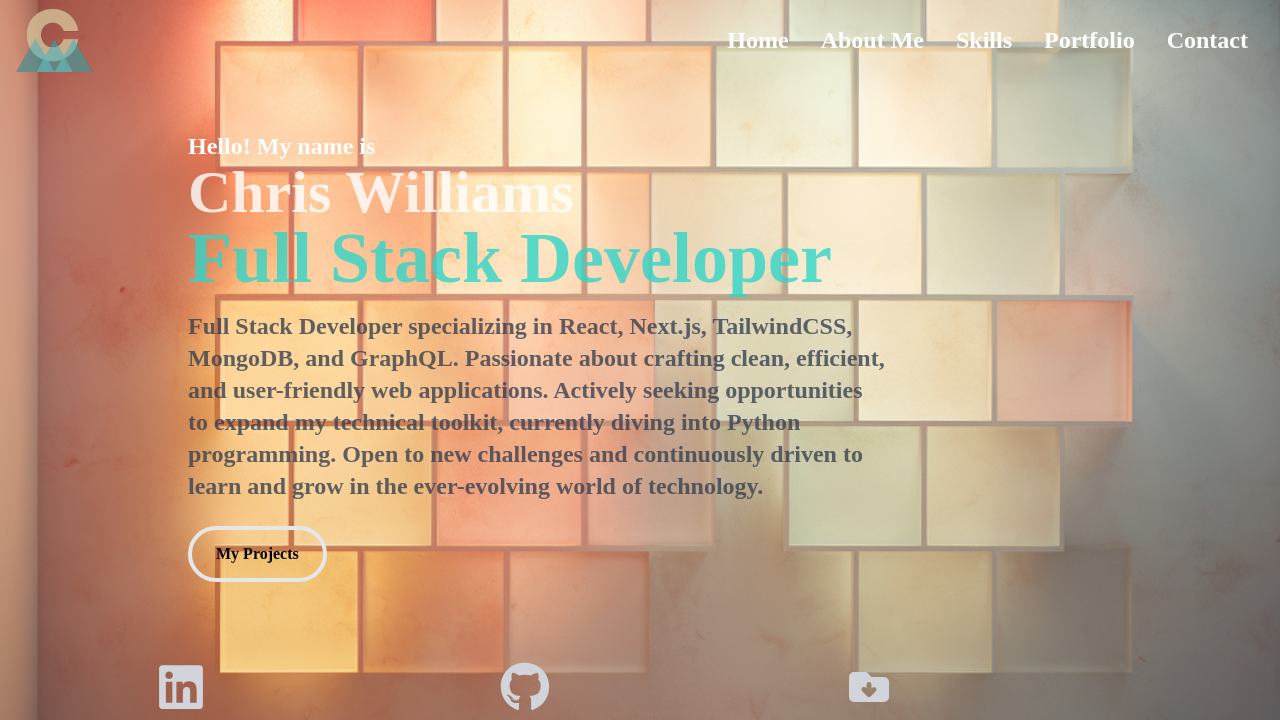
Repository: ChrisT303/portfolio-react
Page: /
The author's editor kept a copy of each file at every save. The page is drawn from the files as they stood at one save, then again after the next save.
The browser window is 1280 px wide. The pictures show the whole page.
The project was rebuilt for these pictures with package versions that can differ from the ones it lists, and the page was loaded fresh each time. Also part of the build but not shown: src/components/AboutMe.js, src/data/LogoData.js, src/components/Experience.js, src/components/Modal.js, src/components/Contact.js, src/data/ProjectData.js, src/components/Work.js.

Above is the page before, as saved 2023-09-28 16:19:26.

### src/index.css
@tailwind base;
@tailwind components;
@tailwind utilities;

@import url("https://fonts.googleapis.com/css2?family=Raleway:wght@300;400;500;600;700;800;900&display=swap");

@layer base {
  body {
    @apply font-[Raleway];
  }
  li {
    @apply px-4;
    @apply cursor-pointer;
  }
}

.nav-hover {
  @apply hover:animate-pulse hover:text-[#30D5C8];
}

.text-main {
  @apply text-[#212020];
}

.peach {
  @apply text-[#212020] text-opacity-80;
}

.bdr {
  @apply border-[#30D5C8];
}

.form-bg {
  @apply bg-[#ccd6f6];
}

.hero-btn {
  @apply text-black font-bold border-4 rounded-full px-6 py-3 my-2 flex items-center hover:animate-pulse duration-100 hover:bg-[#30D5C8] hover:border-[#3e7a7a] hover:font-black;
}

.con-btn {
  @apply text-main border-2 hover:bg-[#30D5C8] hover:border-[#3e7a7a] hover:font-bold px-4 py-3 my-8 mx-auto flex items-center;
}
.modal-btn {
  @apply text-black border-4 rounded-lg hover:bg-[#30D5C8] hover:border-[#3e7a7a] hover:font-bold px-3 py-2 my-8 mx-auto flex justify-between items-center;
}

@media (min-width: 768px) {
  .hovereffect {
    width: 100%;
    height: 400px;
    float: left;
    overflow: hidden;
    position: relative;
    text-align: center;
    cursor: default;
  }

  .hovereffect .overlay {
    width: 100%;
    height: 100%;
    position: absolute;
    overflow: hidden;
    left: 0;
    background-color: rgba(255, 255, 255, 0.7);
    top: -200px;
    opacity: 0;
    filter: alpha(opacity=0);
    -webkit-transition: all 0.1s ease-out 0.5s;
    transition: all 0.1s ease-out 0.5s;
    display: flex;
    flex-direction: column;
    justify-content: center;
    align-items: center;
    gap: 20px;

  }

  .hovereffect:hover .overlay {
    opacity: 1;
    filter: alpha(opacity=100);
    top: 0px;
    -webkit-transition-delay: 0s;
    transition-delay: 0s;
  }

  .hovereffect img {
    display: block;
    position: relative;
  }

  .hovereffect h2 {
    text-transform: uppercase;
    color: #feb8c5;
    text-align: center;
    position: relative;
    font-size: 17px;
    padding: 10px;
    background: rgba(0, 0, 0, 0.6);
    -webkit-transform: translateY(-200px);
    -ms-transform: translateY(-200px);
    transform: translateY(-200px);
    -webkit-transition: all ease-in-out 0.1s;
    transition: all ease-in-out 0.1s;
    -webkit-transition-delay: 0.3s;
    transition-delay: 0.3s;
  }

  .hovereffect:hover h2 {
    -webkit-transform: translateY(0px);
    -ms-transform: translateY(0px);
    transform: translateY(0px);
    -webkit-transition-delay: 0.3s;
    transition-delay: 0.3s;
  }

  .hovereffect a.info {
    display: inline-block;
    text-decoration: none;
    padding: 7px 14px;
    text-transform: uppercase;
    margin: 50px 20px 0 0;
    background-color: transparent;
    -webkit-transform: translateY(-200px);
    -ms-transform: translateY(-200px);
    transform: translateY(-200px);
    color: #000;
    border: 1px solid #000;
    -webkit-transition: all ease-in-out 0.3s;
    transition: all ease-in-out 0.3s;
  }

  .hovereffect a.info:hover {
    box-shadow: 0 0 5px #fff;
  }

  .hovereffect:hover a.info {
    -webkit-transform: translateY(0px);
    -ms-transform: translateY(0px);
    transform: translateY(0px);
    box-shadow: 0 0 5px #000;
    color: #000;
    border: 1px solid #000;
    -webkit-transition-delay: 0.3s;
    transition-delay: 0.3s;
  }
}

a.info:hover {
  color: #6cc644;
}

.bounce {
  display: inline-block;
  position: relative;
  -moz-animation: bounce 0.5s infinite linear;
  -o-animation: bounce 0.5s infinite linear;
  -webkit-animation: bounce 0.5s infinite linear;
  animation: bounce 0.5s infinite linear;
}

.backdrop {
  position: fixed;
  top: 0;
  left: 0;
  width: 100%;
  height: 100vh;
  z-index: 10;
  background: rgba(0, 0, 0, 0.75);
}

.modalPos {
  position: fixed;
  top: 30vh;
  left: 10%;
  width: 80%;
  z-index: 100;
  overflow: hidden;
}

.header {
  background: #31708e;
  padding: 1rem;
}

.header h2 {
  margin: 0;
  color: white;
  font-weight: bold;
}

.content {
  display: flex;
  justify-content: space-between;
  padding: 1rem;
  background: white;
}

.actions {
  padding: 1rem;
  display: flex;
  justify-content: flex-end;
}

.project-image {
  width: 100%;
  height: 400px;
  object-fit: cover;
}

.button-container {
  display: flex;
  justify-content: center;
  gap: 20px;
  margin-top: 20px;
}

.tech-container {
  display: flex;
  justify-content: center;
  gap: 5px;
  flex-wrap: wrap;
}

.tooltip {
  visibility: hidden;
  background-color: #555;
  color: #fff;
  text-align: center;
  padding: 5px 10px;
  border-radius: 6px;
  position: absolute;
  z-index: 1;
  bottom: 100%;
  left: 50%;
  margin-left: -60px;
  opacity: 0;
  transition: opacity 0.3s;
}

.tooltip::after {
  content: "";
  position: absolute;
  top: 100%;
  left: 50%;
  margin-left: -5px;
  border-width: 5px;
  border-style: solid;
  border-color: #555 transparent transparent transparent;
}

.container:hover .tooltip {
  visibility: visible;
  opacity: 1;
}



@media (min-width: 768px) {
  .modalPos {
    left: calc(50% - 20rem);
    width: 40rem;
  }
}

### src/App.js

import Navigation from "./components/Navigation";
import Hero from "./components/Hero";
import AboutMe from "./components/AboutMe";
// import Footer from "./components/Footer";
import Experience from "./components/Experience";
import Contact from "./components/Contact";
import Work from "./components/Work";
import React from "react";
import { HashRouter as Router, Routes, Route } from "react-router-dom";


const App = () => {
  return (
    <Router>
      <Navigation />
      <Routes>
        <Route path="/" element={<Hero />} />
        <Route path="/about" element={<AboutMe />} />
        <Route path="/experience" element={<Experience />} />
        <Route path="/work" element={<Work />} />
        <Route path="/contact" element={<Contact />} />
      </Routes>
      {/* <Footer /> */}
    </Router>
  );
};



export default App;

### src/components/Navigation.js
import React, { useState } from "react";
import { NavLink } from "react-router-dom";
import { FaBars, FaTimes } from "react-icons/fa";
import Logo from "../assets/newlogo.png";


const Navigation = () => {
  const [nav, setNav] = useState(false);
  const handleClick = () => setNav(!nav);

  return (
    <div className="fixed w-full h-[80px] flex justify-between items-center px-4 bg-inherit text-main text-2xl font-semibold z-10">
      <div>
        <img  src={Logo} alt="Logo" className="hidden md:flex h-16" />
      </div>
      <ul className="hidden md:flex">
        <li>
          <NavLink to="/" className="nav-hover text-white">
            Home
          </NavLink>
        </li>
        <li>
          <NavLink to="/about" className="nav-hover text-white">
            About Me
          </NavLink>
        </li>
        <li>
          <NavLink to="/experience" className="nav-hover text-white">
            Skills
          </NavLink>
        </li>
        <li>
          <NavLink to="/work" className="nav-hover text-white">
            Portfolio
          </NavLink>
        </li>
        <li>
          <NavLink to="/contact" className="nav-hover text-white">
            Contact
          </NavLink>
        </li>
      </ul>

      <div onClick={handleClick} className="md:hidden z-100">
        {!nav ? <FaBars /> : <FaTimes />}
      </div>
      <ul
        className={
          !nav
            ? "hidden"
            : "absolute top-0 left-0 w-full h-screen main flex flex-col justify-center items-center bg-black md:bg-black "
        }
      >
        <li className="py-6 text-4xl">
          <NavLink onClick={handleClick} to="/" className="nav-hover text-white">
            Home
          </NavLink>
        </li>
        <li className="py-6 text-4xl">
          <NavLink onClick={handleClick} to="/about" className="nav-hover text-white">
            About Me
          </NavLink>
        </li>
        <li className="py-6 text-4xl">
          <NavLink onClick={handleClick} to="/experience" className="nav-hover text-white">
            Skills
          </NavLink>
        </li>
        <li className="py-6 text-4xl">
          <NavLink onClick={handleClick} to="/work" className="nav-hover text-white">
            Portfolio
          </NavLink>
        </li>
        <li className="py-6 text-4xl">
          <NavLink onClick={handleClick} to="/contact" className="nav-hover text-white">
            Contact
          </NavLink>
        </li>
      </ul>
    </div>
  );
};

export default Navigation;

### src/components/Hero.js
import React from "react";
import { NavLink } from "react-router-dom";
import Footer from "./Footer";

const Hero = () => {
  return (
    <div className="w-full h-screen  bg-eyes  bg-cover bg-center">
      <div className="max-w-[1000px] mx-auto px-12 flex flex-col justify-center  h-full">
        <p className="text-white text-2xl font-bold "> Hello! My name is </p>
        <h1 className="text-3xl sm:text-6xl font-bold text-white text-opacity-80">
          Chris Williams
        </h1>
        <h2 className="text-3xl sm:text-7xl font-bold text-[#30D5C8] text-opacity-80">
          Full Stack Developer
        </h2>
        <p className="text-gray-700 font-bold py-4 text-2xl max-w-[700px] text-opacity-80">
        Full Stack Developer specializing in React, Next.js, TailwindCSS, MongoDB, and GraphQL. Passionate about crafting clean, efficient, and user-friendly web applications. Actively seeking opportunities to expand my technical toolkit, currently diving into Python programming. Open to new challenges and continuously driven to learn and grow in the ever-evolving world of technology.

        </p>
        <div className="text-white">
          <button className="hero-btn">
            <NavLink to="/work">My Projects</NavLink>
          </button>
        </div>
      </div>
      <Footer />
    </div>
  );
};

export default Hero;

### src/components/Footer.js
import React from "react";
import { FaLinkedin, FaGithub } from "react-icons/fa";
import { HiFolderDownload } from "react-icons/hi";

const Footer = () => {
  return (
    <footer className="bg-inherit fixed bottom-0 left-0 w-full">
      <div>
        <div>
          <div className="max-w-[1000px] mx-auto pt-4 pb-2">
            <ul className="w-full space-y-2 grid grid-cols-3 auto-cols-max mb-0 gap-8 justify-center">
              <li>
                <a
                  href="https://www.linkedin.com/in/christopher-williams-368b29201/"
                  className="text-gray-300 group hover:text-[#0072b1]"
                >
                  <h2 className="invisible md:group-hover:visible md:group-hover:animate-bounce pt-2">
                    LinkedIn
                  </h2>
                  <FaLinkedin size={50} />
                </a>
              </li>
              <li>
                <a
                  href="https://github.com/deftonechris"
                  className="text-gray-300 group hover:text-[#6cc644]"
                >
                  <h2 className="invisible md:group-hover:visible md:group-hover:animate-bounce">
                    GitHub
                  </h2>
                  <FaGithub size={50} />
                </a>
              </li>
              <li>
                <a
                  href="https://drive.google.com/file/d/1F9QXAFgH3DuC2GkPuuiRkouwcBjN8J8z/view?usp=drive_link"
                  className="text-gray-300 group hover:text-red-600"
                >
                  <h2 className="invisible md:group-hover:visible md:group-hover:animate-bounce">
                    Resume
                  </h2>
                  <HiFolderDownload size={50} />
                </a>
              </li>
            </ul>
          </div>
        </div>
      </div>
    </footer>
  );
};

export default Footer;

### tailwind.config.js
/** @type {import('tailwindcss').Config} */
module.exports = {
  content: ["./src/**/*.{js,jsx,ts,tsx}"],
  theme: {
    extend: {
      backgroundImage: {
        eyes: "url('./assets/wallPatern.png')",
      },
    },
  },
  plugins: [],
};

Loaded but not shown: public/index.html (common file); src/index.js (common file)

After the next save:
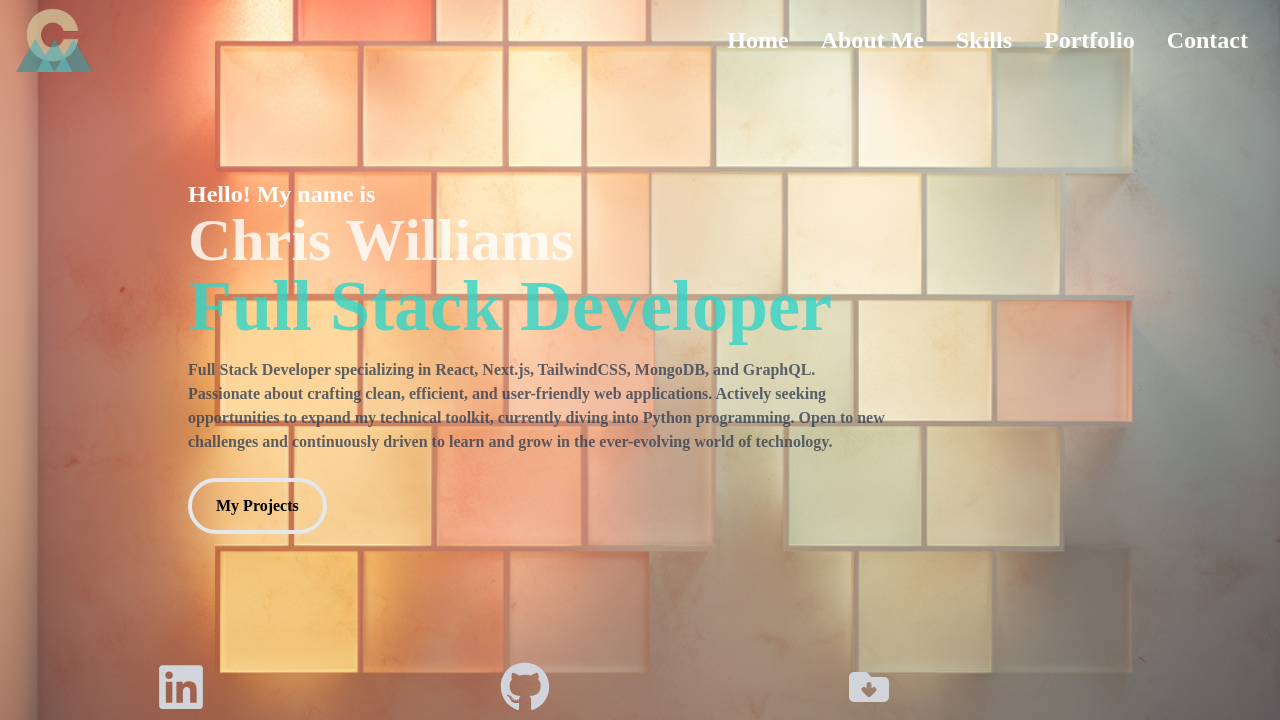
Saved 74 s later.
--- a/src/components/Hero.js
+++ b/src/components/Hero.js
@@ -13,7 +13,7 @@
         <h2 className="text-3xl sm:text-7xl font-bold text-[#30D5C8] text-opacity-80">
           Full Stack Developer
         </h2>
-        <p className="text-gray-700 font-bold py-4 text-2xl max-w-[700px] text-opacity-80">
+        <p className="text-gray-700 font-bold py-4 text-2xl sm:text-base max-w-[700px] text-opacity-80">
         Full Stack Developer specializing in React, Next.js, TailwindCSS, MongoDB, and GraphQL. Passionate about crafting clean, efficient, and user-friendly web applications. Actively seeking opportunities to expand my technical toolkit, currently diving into Python programming. Open to new challenges and continuously driven to learn and grow in the ever-evolving world of technology.
 
         </p>

After the save that followed:
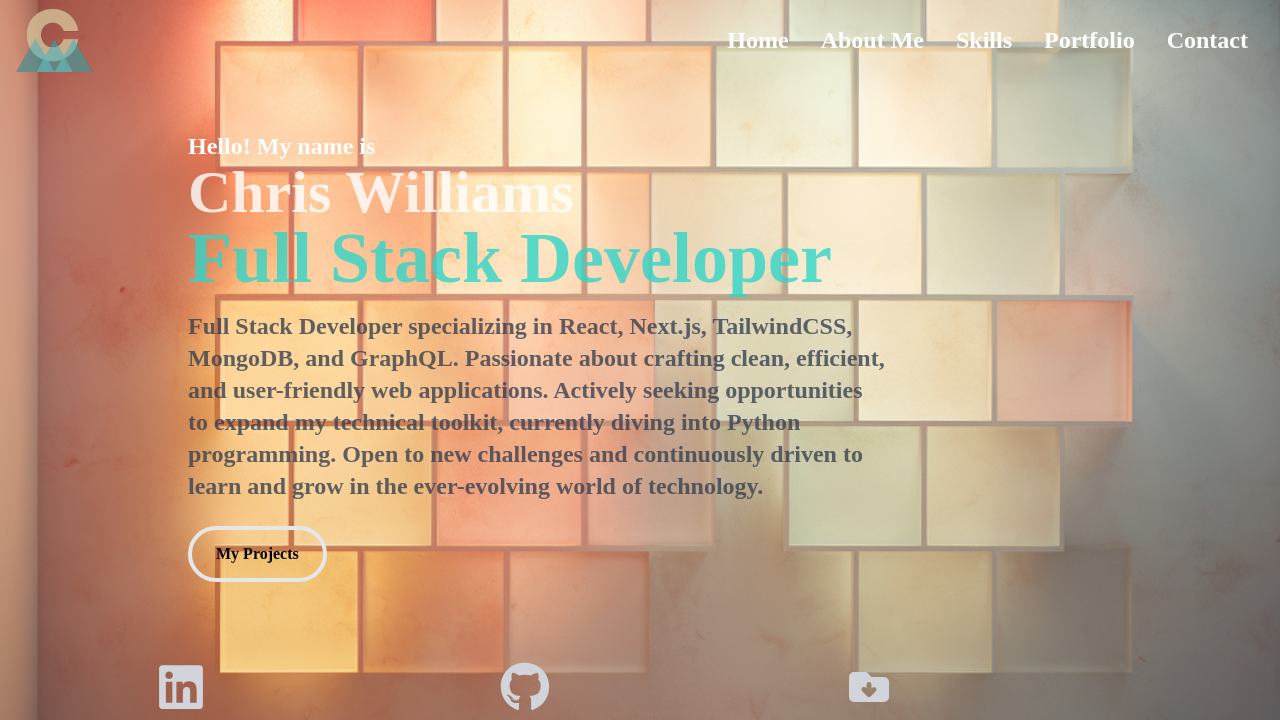
Saved 86 s later.
--- a/src/components/Hero.js
+++ b/src/components/Hero.js
@@ -13,7 +13,7 @@
         <h2 className="text-3xl sm:text-7xl font-bold text-[#30D5C8] text-opacity-80">
           Full Stack Developer
         </h2>
-        <p className="text-gray-700 font-bold py-4 text-2xl sm:text-base max-w-[700px] text-opacity-80">
+        <p className="text-gray-700 font-bold py-4 text-2xl sm:text-l max-w-[700px] text-opacity-80">
         Full Stack Developer specializing in React, Next.js, TailwindCSS, MongoDB, and GraphQL. Passionate about crafting clean, efficient, and user-friendly web applications. Actively seeking opportunities to expand my technical toolkit, currently diving into Python programming. Open to new challenges and continuously driven to learn and grow in the ever-evolving world of technology.
 
         </p>
